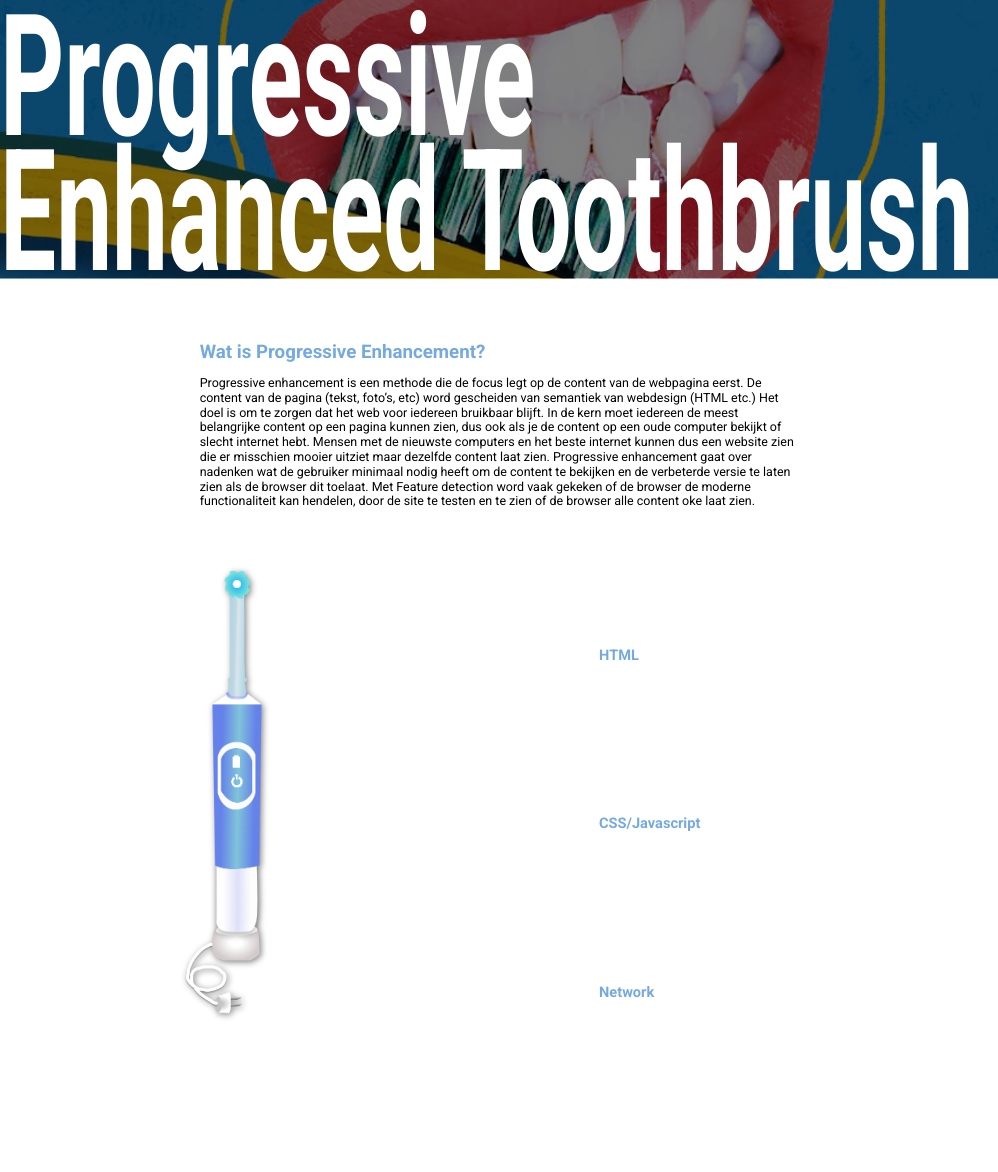
Repository: norakramer1/browser-technologies-2122
Page: progressive-enhanced-toothbrush-main/index.html
An editor plug-in stored every save of this project. The page is shown before and after the next save, followed by the edit.
The browser window is 1280 px wide. The pictures show the whole page, at 78% of full size.

Above is the page before, as saved 2022-03-23 13:58:30.

### progressive-enhanced-toothbrush-main/index.html
<!DOCTYPE html>
<html lang="en">
<head>
    <meta charset="UTF-8">
    <meta http-equiv="X-UA-Compatible" content="IE=edge">
    <meta name="viewport" content="width=device-width, initial-scale=1.0">
    <title>Progressive Enhanced Toothbrush</title>
    <link rel="stylesheet" href="style.css">
    <link href="https://fonts.googleapis.com/css2?family=Roboto:ital,wght@0,100;0,300;0,400;0,500;0,700;0,900;1,100;1,300;1,400;1,500;1,700;1,900&display=swap" rel="stylesheet">
</head>
<body>
    <header>
        <h1>Progressive Enhanced Toothbrush</h1>
    </header>
    <main>
        <article>
            <h2>Wat is Progressive Enhancement?</h2>
            <p>Progressive enhancement is een methode die de focus legt
               op de content van de webpagina eerst. De content van de pagina (tekst, foto’s, etc)
               word gescheiden van semantiek van webdesign (HTML etc.) Het doel is om te zorgen dat het web voor iedereen bruikbaar blijft. In de kern moet iedereen de meest belangrijke
               content op een pagina kunnen zien, dus ook als je de content op een oude computer bekijkt of slecht internet hebt. Mensen met de nieuwste computers en het beste internet
               kunnen dus een website zien die er misschien mooier uitziet maar dezelfde content laat zien. Progressive enhancement gaat over nadenken wat de gebruiker minimaal nodig heeft
               om de content te bekijken en de verbeterde versie te laten zien als de browser dit toelaat.

               Met Feature detection word vaak gekeken of de browser de moderne functionaliteit kan hendelen, door de site te testen en te zien of de browser alle content oke laat zien.</p>
        </article>
        <article>
            <ul>
                <li><img src="img/opzetstukje.png" alt="Opzet stukje van tandenborstel"></li>
                <li><img src="img/handvat.png" alt="Handvat van tandenborstel"></li>
                <li><img src="img/lader.png" alt="Lader van tandenborstel"></li>
            </ul>
            <ul>
                <li>
                    <h3>HTML</h3>
                </li>
                <li>
                    <h3>CSS/Javascript</h3>
                </li>
                <li>
                    <h3>Network</h3>
                </li>
            </ul>
        </article>
    </main>

    <script src="script.js"></script>
</body>
</html>

### progressive-enhanced-toothbrush-main/style.css
* {
    padding: 0;
    margin: 0;
    font-family: "Roboto", sans-serif;
}

header {
    background-image: linear-gradient(to bottom, rgba(0,0,0, .5), rgba(0,0,0, .5)),
    url('img/header.webp');
    background-size: cover;
    background-position: center;
    background-repeat: no-repeat;
    width: 100vw;
}

h1 {
    color: white;
    font-size: 10vw;
    transform: scaleY(1.7);
    line-height: .8;
    padding: 5rem 0 4.5rem 0;
}

main {
    padding: 5rem 20vw;
}

h2 {
    color: #75A9E1;
    margin-bottom: 1rem;
}

article {
    margin-bottom: 5rem;
}

article:nth-child(2) {
    display: flex;
    align-items: stretch;
    width: 20vw;
}

article:nth-child(2) ul:first-child {
    list-style-type: none;
    display: flex;
    flex-direction: column;
    align-items: center;
    filter: drop-shadow(2px 2px 4px gray);
    /* margin: 0 15vw; */
    transition: 1s;
}

article:nth-child(2):hover  ul:first-child {
    transform: scale(1.1);
}

article:nth-child(2) ul:last-child {
    display: flex;
    flex-direction: column;
    justify-content: space-around;
    list-style-type: none;
    transition: 1s;
    position: absolute;
    left: 60vw;
    height: 90%;
}

article:nth-child(2) ul:first-child li:first-of-type {
    transition: 1s;
    width: 2rem;
    z-index: 2;
}
article:nth-child(2) ul:first-child li:nth-of-type(2) {
    transition: 1s;
    transform: translateY(-.7rem);
    width: 4.5rem;
    z-index: 1;
}
article:nth-child(2) ul:first-child li:last-of-type {
    transition: 1s;
    transform: translate(-1.2rem, -2.5rem);
    width: 6rem;
}

article:nth-child(2):hover ul:first-child li:first-of-type {
    transform: translateY(-2rem);
}

article:nth-child(2):hover ul:first-child li:last-of-type {
    transform: translate(-1.2rem, 0);
}

article:nth-child(2) h3 {
    color: #75A9E1;
}

article:nth-child(2):hover ul {
    font-size: 36px;
}

article:nth-child(2) img {
    width: 100%;
}

Loaded but not shown: progressive-enhanced-toothbrush-main/script.js (no stored copy; drawn as an empty file)

After the next save:
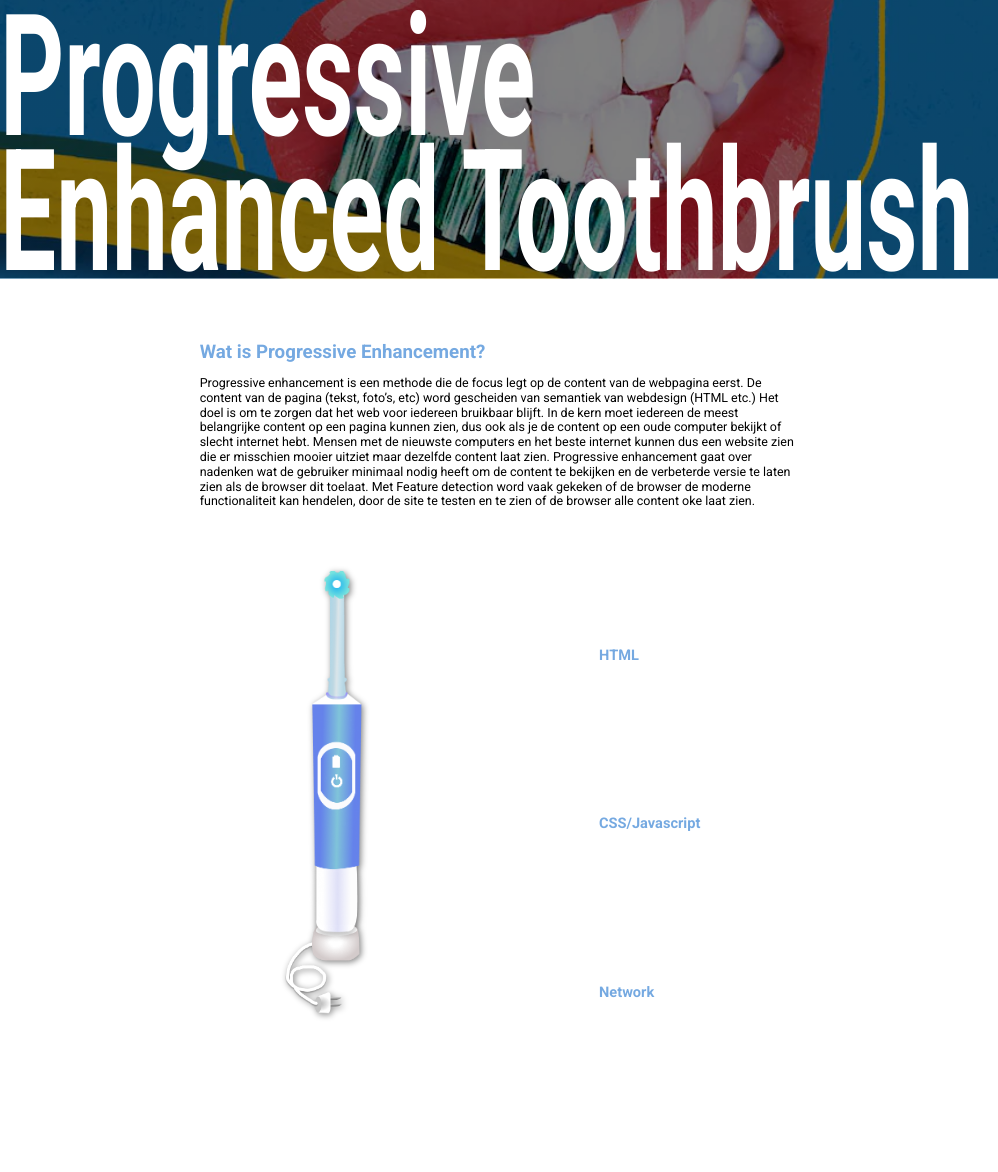
Saved 14 s later.
--- a/progressive-enhanced-toothbrush-main/style.css
+++ b/progressive-enhanced-toothbrush-main/style.css
@@ -46,7 +46,7 @@ article:nth-child(2) ul:first-child {
     flex-direction: column;
     align-items: center;
     filter: drop-shadow(2px 2px 4px gray);
-    /* margin: 0 15vw; */
+    margin-left: 10vw;
     transition: 1s;
 }
 
